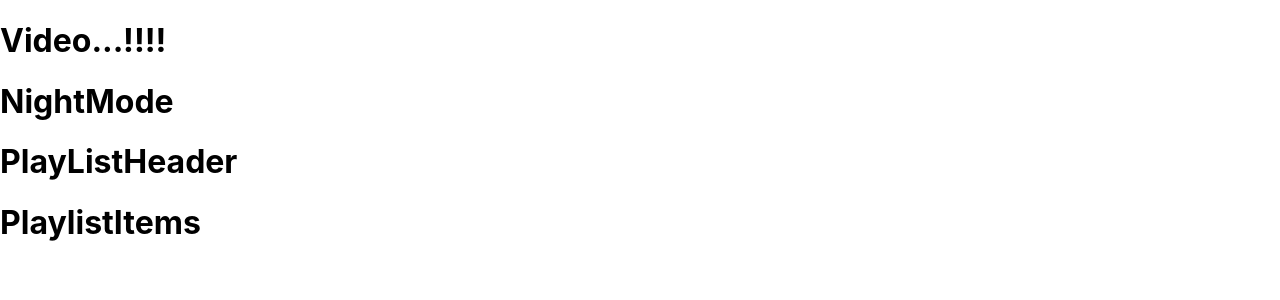
Repository: Prafullkuma/Videos
Page: /
These files come from the project's save history. The page is drawn as it stood at one moment and after the next save; the edit follows.
The browser window is 1280 px wide. The pictures show the whole page.
The project was rebuilt for these pictures with package versions that can differ from the ones it lists, and the page was loaded fresh each time. A package was used in the major version that the imports need, not the one package.json lists.

Above is the page before, as saved 2020-10-01 10:12:46.

### src/index.js
import React from 'react';
import ReactDOM from 'react-dom';
import './index.css';
import App from './Components/Component/App';

ReactDOM.render(
  <React.StrictMode>
    <App />
  </React.StrictMode>,
  document.getElementById('root')
);

### src/Components/Component/App.js
import React from 'react';
import Wbnplayer from '../Component/Wbnplayer'
import { BrowserRouter as Router, Switch, Route } from 'react-router-dom'
function App() {
  return (
    <div className="App">
      <Router>
        <Switch>
          <Route exact path="/" component={Wbnplayer} />
          <Route exact path="/:activeVideo" component={Wbnplayer} />
        </Switch>
      </Router>
    </div>
  );
}

export default App;

### src/Components/Component/Wbnplayer.js
import React from 'react'
import Video from '../Styles/Video'
import PlayList from './PlayList'
const Wbnplayer = (props) => {
    return (
        <div>
            <Video />
            <PlayList />
        </div>
    )
}

export default Wbnplayer

### src/Components/Styles/Video.js
import React from 'react'
import ReactPlayer from 'react-player'
export const Video = (props) => {
    return (
        <div>
            <h1>Video...!!!!</h1>
        </div>
    )
}
export default Video

### src/Components/Component/PlayList.js
import React from 'react'
import PlayListHeader from '../Styles/PlaylistHeader'
import PlayListItems from '../Styles/PlaylistItems'
import NightMode from '../Styles/NightMode'
const PlayList = props => {
    return (
        <div>
            <NightMode />
            <PlayListHeader />
            <PlayListItems />
        </div>
    )
}

export default PlayList

### src/Components/Styles/PlaylistHeader.js
import React from 'react'

function PlaylistHeader() {
    return (
        <div>
            <h1>PlayListHeader</h1>
        </div>
    )
}

export default PlaylistHeader

### src/Components/Styles/PlaylistItems.js
import React from 'react'

function PlaylistItems() {
    return (
        <div>
            <h1>PlaylistItems</h1>
        </div>
    )
}

export default PlaylistItems

### src/Components/Styles/NightMode.js
import React from 'react'

function NightMode() {
    return (
        <div>
            <h1>NightMode</h1>
        </div>
    )
}

export default NightMode

### src/Components/Styles/Dq/GlobalStyle.js
import { createGlobalStyle } from 'styled-components'
const GlobalStyle = createGlobalStyle`
*{
   box-sizing:border-box
}
body{
    font-size:10px;
    font-family:'wind',sans-serif
} `;
export default GlobalStyle

Loaded but not shown: public/index.html (common file); src/index.css (common file)

After the next save:
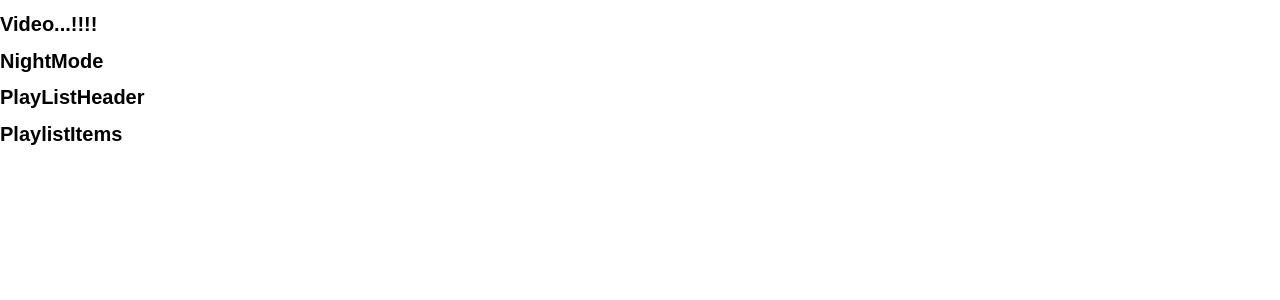
Saved 82 s later.
--- a/src/Components/Component/App.js
+++ b/src/Components/Component/App.js
@@ -1,5 +1,6 @@
 import React from 'react';
 import Wbnplayer from '../Component/Wbnplayer'
+import GlobalStyle from '../Styles/Dq/GlobalStyle'
 import { BrowserRouter as Router, Switch, Route } from 'react-router-dom'
 function App() {
   return (
@@ -9,6 +10,7 @@ function App() {
           <Route exact path="/" component={Wbnplayer} />
           <Route exact path="/:activeVideo" component={Wbnplayer} />
         </Switch>
+        <GlobalStyle />
       </Router>
     </div>
   );
